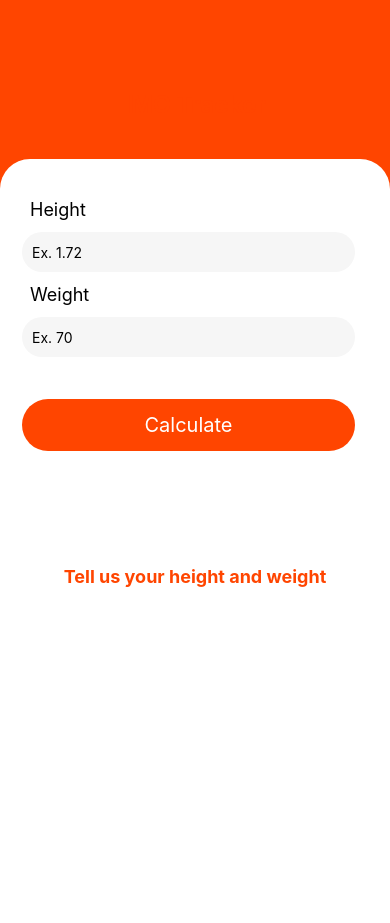
Repository: rubenmatias08/IMCTracker
Screen: /
The author's editor kept a copy of each file at every save. The screen is drawn from the files as they stood at one save, then again after the next save.
The app was drawn by React Native's web renderer in a window 390 px wide. The project was rebuilt for these pictures with package versions that can differ from the ones it lists, and the page was loaded fresh each time.

Above is the screen before, as saved 2024-03-11 00:41:15.

### App.js
import { StyleSheet, View } from 'react-native';
import Title from './src/components/Title';
import Form from './src/components/Form/index'

export default function App() {
  return (
    <View style={styles.container}>
      <Title/>
      <Form />
    </View>
  );
}

const styles = StyleSheet.create({
  container: {
    flex: 1,
    backgroundColor: '#FF4500',
    paddingTop: 80,

  },
});



/*
   alignItems: 'center',
    justifyContent: 'center',

*/

### src/components/Title/index.js
import React from "react";
import { View,Text } from "react-native"; //Componentes
import styles from "./style";

export default function Title(){
    return(
        <View style={styles.boxTitle}>
            <Text style={styles.textTitle}>IMC Tracker</Text>
        </View>
    )
}

//Para aplicar a estilização colocamos: style={nomedoficheiroimportado.propriedadeJSON}

### src/components/Form/index.js
import React , {useState} from "react";
import { TextInput, View, Text, TouchableOpacity} from "react-native";
import ResultIMC from "./ResultIMC";
import styles from "./style";


export default function Form(){

    const [height, setHeight] = useState(null); // Altura
    const [weight, setWeight] = useState(null); // Peso
    const [messageIMC, setmessageIMC] = useState("Tell us your height and weight"); // Mensagem que contem o resultado
    const [imc,setIMC] = useState(null); // valor do IMC
    const [textButton, setTextButton] = useState("Calculate"); //

    //Calcular o imc é altura x altura a dividir por peso
    //E vamos querer que nos retorne o resultado (toFixed) que é para vir com 2 casas decimais apenas.
    function CalculatorIMC(){
        return setIMC((weight / (height * height)).toFixed(2))
    }

    //Caso os valores tiverem sido preenchidos ele valida, caso contrário temos de avisar o usuário para preencher os dados de altura e peso.
    //Aqui com a condição é: Caso os valores de height e weight sejam diferentes de null, ou seja, estão preenchidos... Chama a função CalculatorIMC() que fará o calculo que depois nos dá o resultado.
    function ValidationIMC(){
        if(height != null && weight != null){
            CalculatorIMC() //Função do calculo
            setHeight(null) //Reset de height para que se faça depois um novo calculo
            setWeight(null) //Reset de weight para que se faça depois um novo calculo
            setmessageIMC("Your IMC is:") //Mensagem para apresentar o resultado
            setTextButton("Calculate again") //Botão com mensagem
            return //Depois de tudo isto... Retorna-nos.
        }
        setIMC(null) //caso o peso e altura sejam nulos, colocamos o imc como nulo também para que não haja resposta de possiveis calculos anteriores
        setTextButton("Calculate") //Para voltar a apresentar o texto original
        setmessageIMC("Tell us your height and weight") //Para voltar a apresentar o texto original

    }


    return(
        <View style={styles.formContent}>
            <View style={styles.form}>
                <Text style={styles.formLabel}>Height</Text>
                <TextInput style= {styles.input}
                onChangeText={setHeight}
                value={height}
                placeholder="Ex. 1.72"
                keyboardType="numeric"
                />

                <Text style={styles.formLabel}>Weight</Text>
                <TextInput style= {styles.input}
                onChangeText={setWeight}
                value={weight}
                placeholder="Ex. 70"
                keyboardType="numeric"
                />

               <TouchableOpacity style={styles.buttonCalculator} onPress={() => ValidationIMC()}>
               <Text style={styles.textButtonCalculator}>{textButton}</Text>
               </TouchableOpacity>

            </View>
            <ResultIMC messageResultImc={messageIMC} resultImc={imc}/>
        </View>
    )
}

//O keyboardType indica qual o tipo de teclado que ele vai abrir
//No <ResultIMC> leva duas props com propriedades dinamicas.


//Antes tinhamos um Button para clicar em vez de TouchOpacity, assim:
//  <Button onPress={() => ValidationIMC()} title={textButton}/>
//mas fizemos diferente e usamos o TouchOpacity porque é mais moderno e melhor. Há várias opções assim, basta ver na documentação do react native.

### src/components/Title/style.js
import { StyleSheet } from "react-native";

const styles = StyleSheet.create( {
    boxTitle: {
        alignItems: "center",
        justifyContent: "center",
        padding: 10,
    },
    textTitle: {
        color:"#FF4500",
        fontSize:24,
        fontWeight:"bold"
    }
});

export default styles;

### src/components/Form/ResultIMC/index.js
import React from "react";
import { View , Text } from "react-native";
import styles from "./style";

export default function ResultIMC(props){
    return(
        <View style={styles.ResultIMC}>
            <Text style={styles.information}>{props.messageResultImc}</Text>
            <Text style={styles.numberIMC}>{props.resultImc}</Text>
        </View>
    )
}

//Neste componente vai ser mostrado o resultado do valor de IMC e uma mensagem com o valor desse IMC.

### src/components/Form/style.js
import { StyleSheet } from "react-native";

const styles = StyleSheet.create( {
    formContent: {
        width:"100%",
        height:"100%",
        bottom:0,
        backgroundColor:"#ffffff",
        alignItems:"center",
        borderTopLeftRadius:30,
        borderTopRightRadius:30,
        marginTop:30
    },
    form: {
        width:"100%",
        height:"auto", //Colocando auto, ao colocar novos items ao conteudo ele ajusta.
        marginTop:30,
        padding:10
    },
    formLabel:{
        color:"#000000",
        fontSize:18,
        paddingLeft:20,
    },
    input:{
        width:"90%",
        borderRadius:50,
        backgroundColor:"#f6f6f6",
        height:40,
        margin:12,
        paddingLeft:10,
    },
    buttonCalculator:{
        borderRadius:50,
        alignItems:"center",
        justifyContent:"center",
        width:"90%",
        backgroundColor:"#FF4500",
        paddingTop:14,
        paddingBottom:14,
        marginLeft:12,
        margin:30

    },
    textButtonCalculator:{
        fontSize:20,
        color: "#ffffff",
    }
});

export default styles;

### src/components/Form/ResultIMC/style.js
import { StyleSheet } from "react-native";

const styles = StyleSheet.create( {
    ResultIMC: {
        flex:1,
        marginTop:15,
        paddingTop:60,
        borderRadius:50,
        alignItems:"center",
        width:"100%",
    },
    numberIMC:{
        fontSize:48,
        color:"#FF4500",
        fontWeight:"bold"
    },
    information:{
        fontSize:18,
        color:"#FF4500",
        fontWeight:"bold"
    }
});

export default styles;

After the next save:
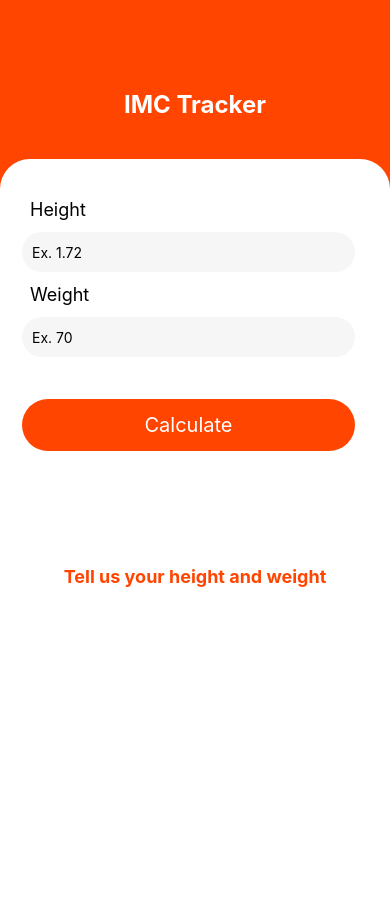
Saved 19 s later.
--- a/src/components/Title/style.js
+++ b/src/components/Title/style.js
@@ -7,7 +7,7 @@ const styles = StyleSheet.create( {
         padding: 10,
     },
     textTitle: {
-        color:"#FF4500",
+        color:"white",
         fontSize:24,
         fontWeight:"bold"
     }
